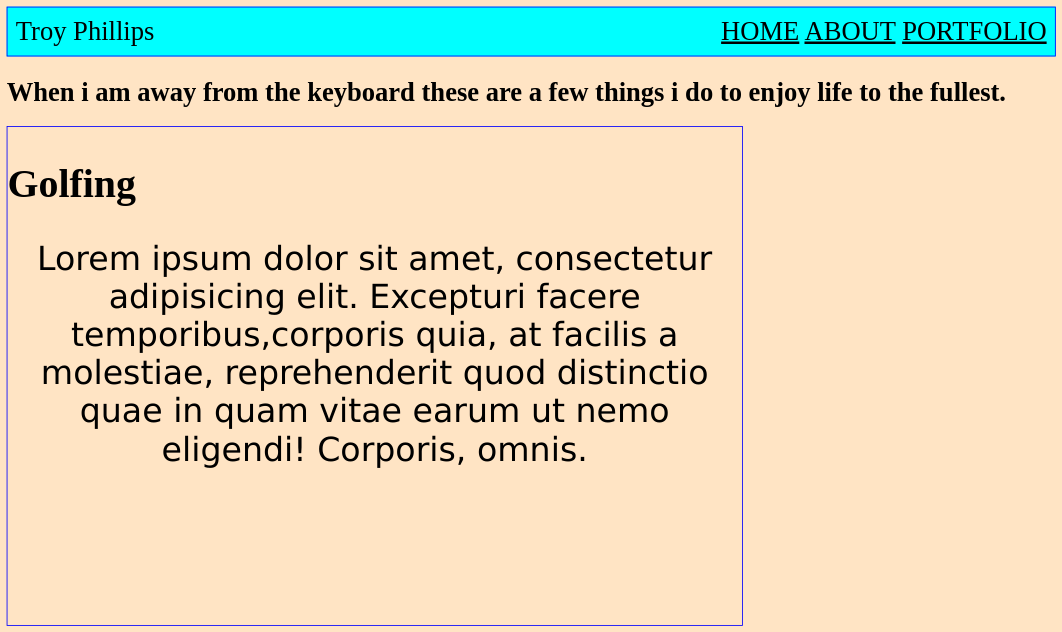
Repository: TheTroyPhillips/Personal-website
Page: about.html
These files come from the project's save history. The page is drawn as it stood at one moment and after the next save; the edit follows.
The browser window is 1280 px wide. The pictures show the whole page, at 83% of full size.

Above is the page before, as saved 2023-09-10 22:24:58.

### about.html
<!DOCTYPE html>
<html lang="en">
<head>
    <meta charset="UTF-8">
    <meta name="viewport" content="width=device-width, initial-scale=1.0">
    <title>Document</title>
    <link rel="stylesheet" href="style.css">
</head>
<body>
    <div class="parent">
        <div class="child">
            <span class="myname">Troy Phillips</span>
        <nav class="pages">
            <a class="active" href="/">HOME</a>
            <a href="/about.html">ABOUT</a>
            <a href="/portfolio.html">PORTFOLIO</a>
        </div>
        <h1 class="about">When i am away from the keyboard these are
            a few things i do to enjoy life to the fullest.</h1>
        <div class="childb">
            <section>
                <h2>Golfing</h2>
                <p class="pa">Lorem ipsum dolor sit amet, consectetur adipisicing elit. Excepturi facere
                     temporibus,corporis quia, at facilis a molestiae, reprehenderit quod
                      distinctio quae in quam vitae earum ut nemo eligendi! Corporis, omnis.</p>
         </div>
         <div class="childb</div>
</body>
</html>

### style.css
.child{
    width: 100%;
    height: 60px;
    border: 1px solid blue;
    display: inline-block;
    box-sizing: border-box;
    background-color: aqua;
    padding: 10px;
}
.childb{
    width: 70%;
    height: 600px;
    border: 1px solid blue
}
.myname{
    float: left;
    font-size: 2rem;
}
.pages{
    float: right;
    font-size: 2rem;
}
.pages a.active{
    color: inherit;
}
.pages a{
    color: inherit;
}
body{
    background-color: bisque;
}
main{
    text-align: center;
    margin-left: 5%;
    margin-right: 5%;
    font-size: 1.8rem;
}
p{
    text-align: center;
    font-size: 2.5rem;
    font-family: Verdana, Geneva, Tahoma, sans-serif;
    margin: 130px;
}
.pa{
    margin: 10px;
}
h2{
    font-size: 3rem;
}

After the next save:
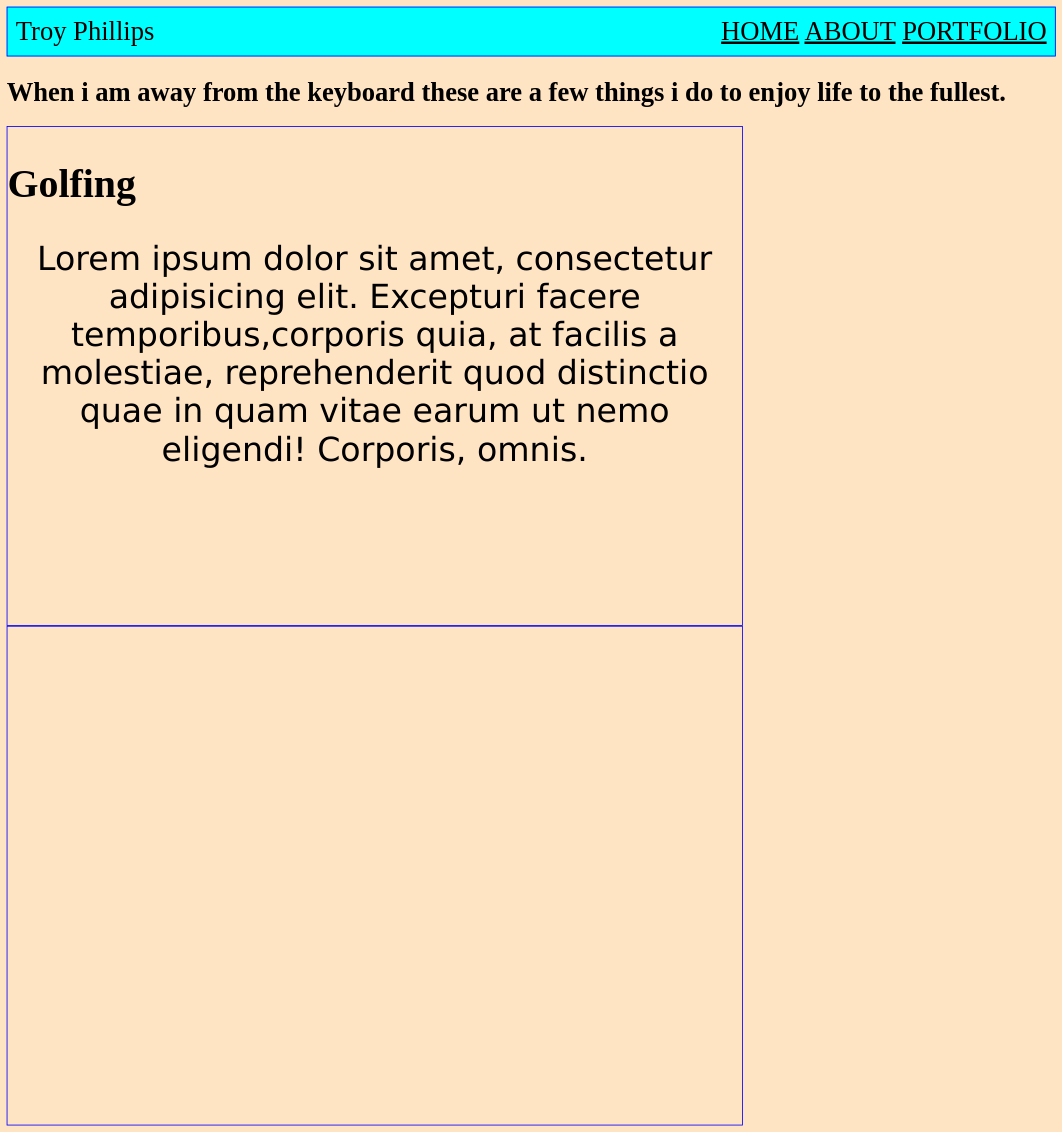
Saved 4 s later.
--- a/about.html
+++ b/about.html
@@ -24,6 +24,6 @@
                      temporibus,corporis quia, at facilis a molestiae, reprehenderit quod
                       distinctio quae in quam vitae earum ut nemo eligendi! Corporis, omnis.</p>
          </div>
-         <div class="childb</div>
+         <div class="childb"></div>
 </body>
 </html>
